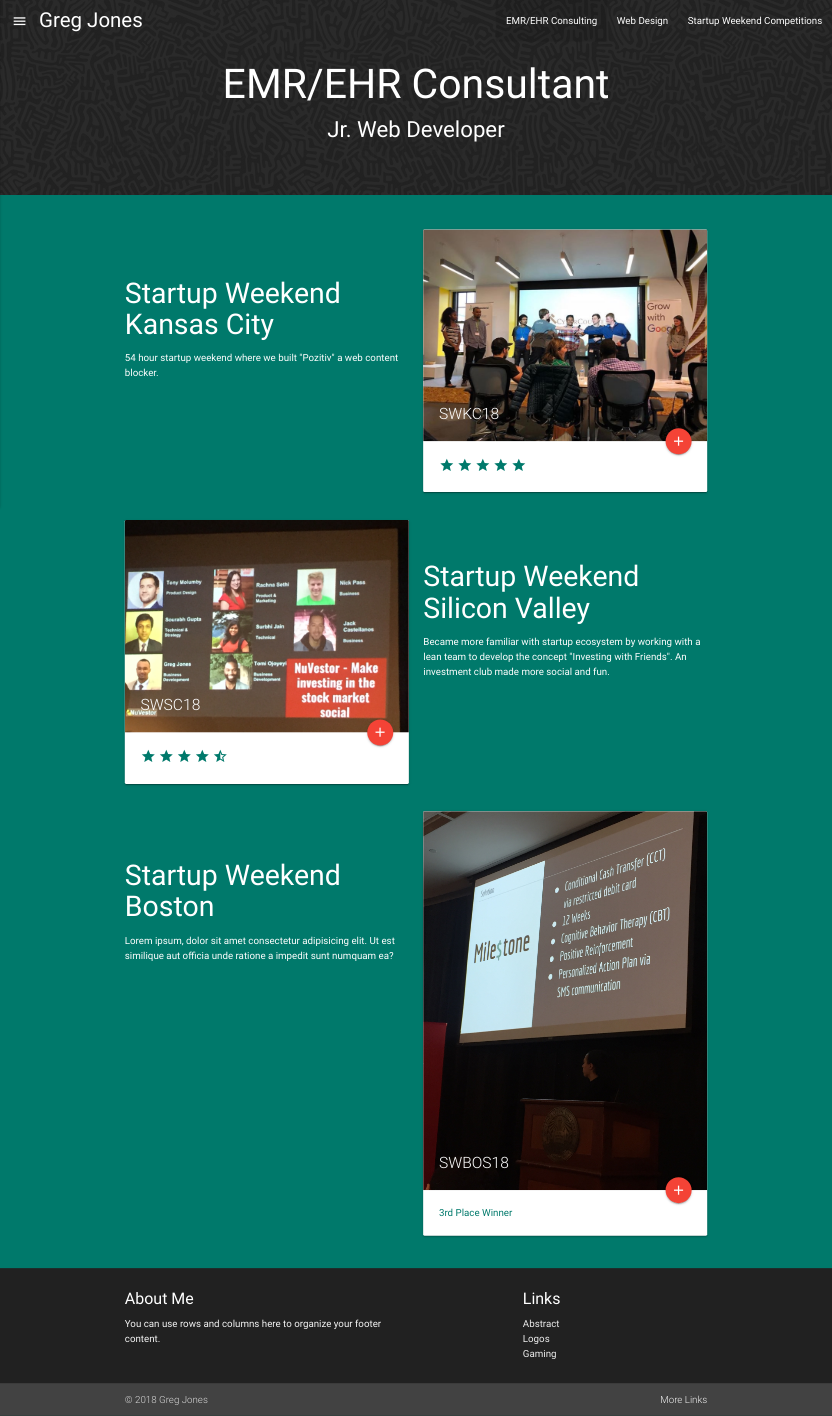
Repository: Greg919617/Existing-Portfolio
Page: sw.html
These files come from the project's save history. The page is drawn as it stood at one moment and after the next save; the edit follows.
The browser window is 1280 px wide. The pictures show the whole page, at 65% of full size.
Some web libraries are served in a nearby version.

Above is the page before, as saved 2018-06-26 18:07:06.

After the next save:
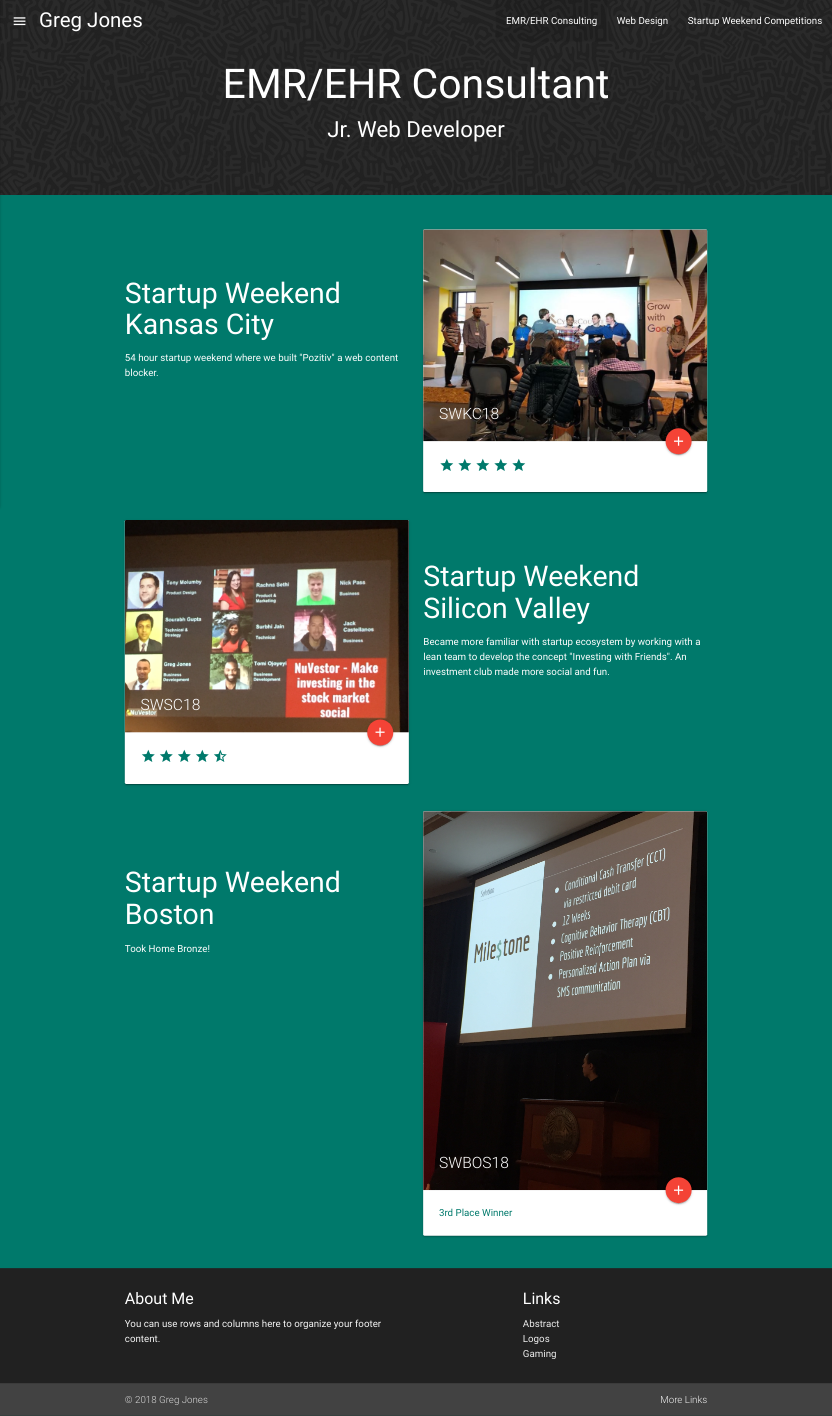
Saved 18 s later.
--- a/sw.html
+++ b/sw.html
@@ -118,8 +118,7 @@
         <div class="col m6 hide-on-small-only">
           <div class="img-content">
             <h3>Startup Weekend Boston</h3>
-            Lorem ipsum, dolor sit amet consectetur adipisicing elit. Ut est similique aut officia unde ratione a impedit sunt numquam
-            ea?
+            Took Home Bronze!
           </div>
         </div>
         <div class="col m6">
